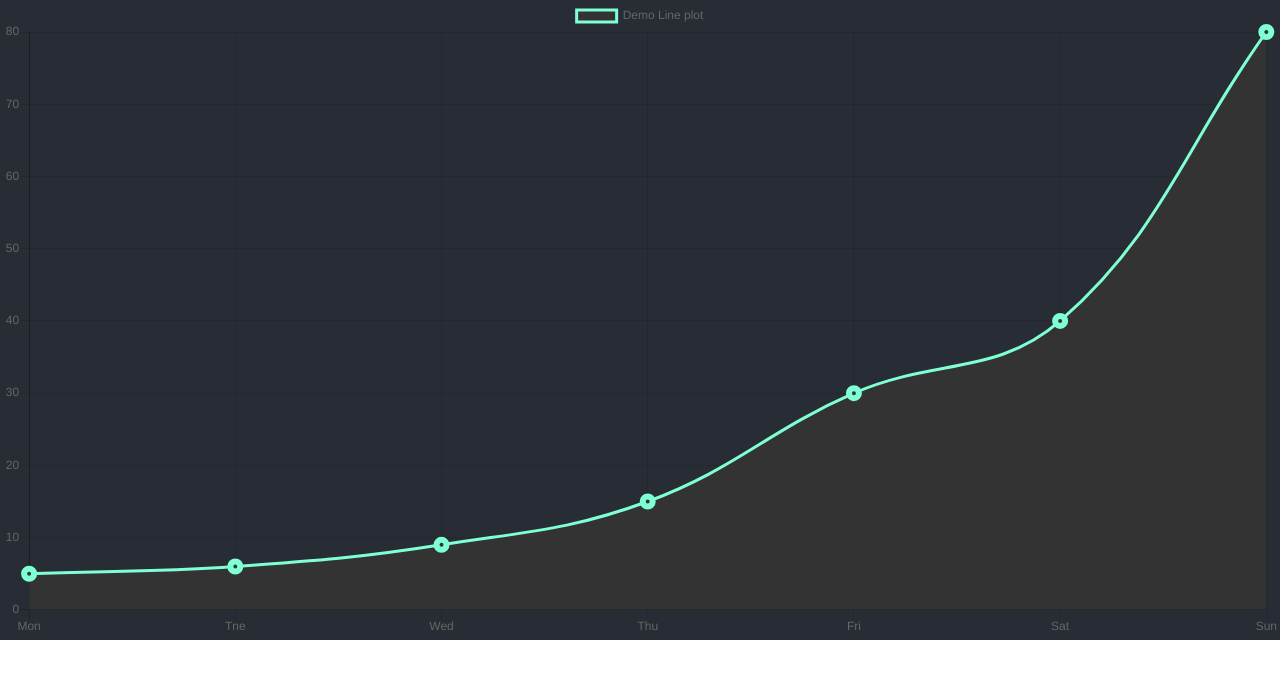
Repository: ShunsukeTanizaki/COVID19-Live
Page: /
The author's editor kept a copy of each file at every save. The page is drawn from the files as they stood at one save, then again after the next save.
The browser window is 1280 px wide. The pictures show the whole page.
The project was rebuilt for these pictures with package versions that can differ from the ones it lists, and the page was loaded fresh each time.

Above is the page before, as saved 2020-11-04 23:43:04.

### src/App.tsx
import React from "react";
import logo from "./logo.svg";
import "./App.css";
import LinePlot from "./components/LinePlot";

function App() {
    return (
        <div className="App">
            <LinePlot />
        </div>
    );
}

export default App;

### src/App.css
.App {
    background-color: #282c34;
    text-align: center;
}

.App-logo {
    height: 40vmin;
    pointer-events: none;
}

@media (prefers-reduced-motion: no-preference) {
    .App-logo {
        animation: App-logo-spin infinite 20s linear;
    }
}

.App-header {
    background-color: #282c34;
    min-height: 100vh;
    display: flex;
    flex-direction: column;
    align-items: center;
    justify-content: center;
    font-size: calc(10px + 2vmin);
    color: white;
}

.App-link {
    color: #61dafb;
}

@keyframes App-logo-spin {
    from {
        transform: rotate(0deg);
    }
    to {
        transform: rotate(360deg);
    }
}

### src/components/LinePlot.tsx
import React from "react";
import { Line } from "react-chartjs-2";

const data = {
    labels: ["Mon", "Tne", "Wed", "Thu", "Fri", "Sat", "Sun"],
    datasets: [
        {
            label: "Demo Line plot",
            backgroundColor: "#333",
            borderColor: "#7fffd4",
            pointBorderWidth: 10,
            data: [5, 6, 9, 15, 30, 40, 80]
        }
    ]
};

const LinePlot: React.FC = () => {
    return (
        <div>
            <Line data={data} />
        </div>
    );
};

export default LinePlot;

Loaded but not shown: public/index.html (common file); src/index.tsx (common file); src/index.css (common file); src/reportWebVitals.ts (common file)

After the next save:
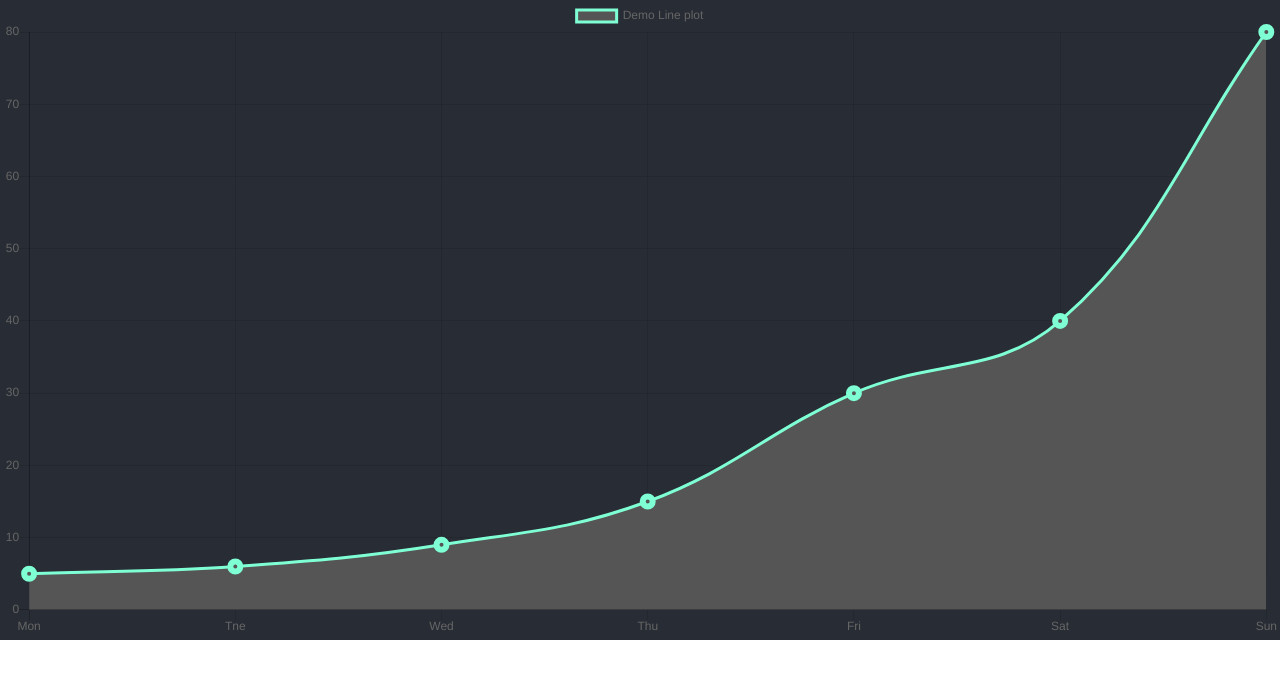
Saved 8 s later.
--- a/src/components/LinePlot.tsx
+++ b/src/components/LinePlot.tsx
@@ -6,7 +6,7 @@ const data = {
     datasets: [
         {
             label: "Demo Line plot",
-            backgroundColor: "#333",
+            backgroundColor: "#555555",
             borderColor: "#7fffd4",
             pointBorderWidth: 10,
             data: [5, 6, 9, 15, 30, 40, 80]
